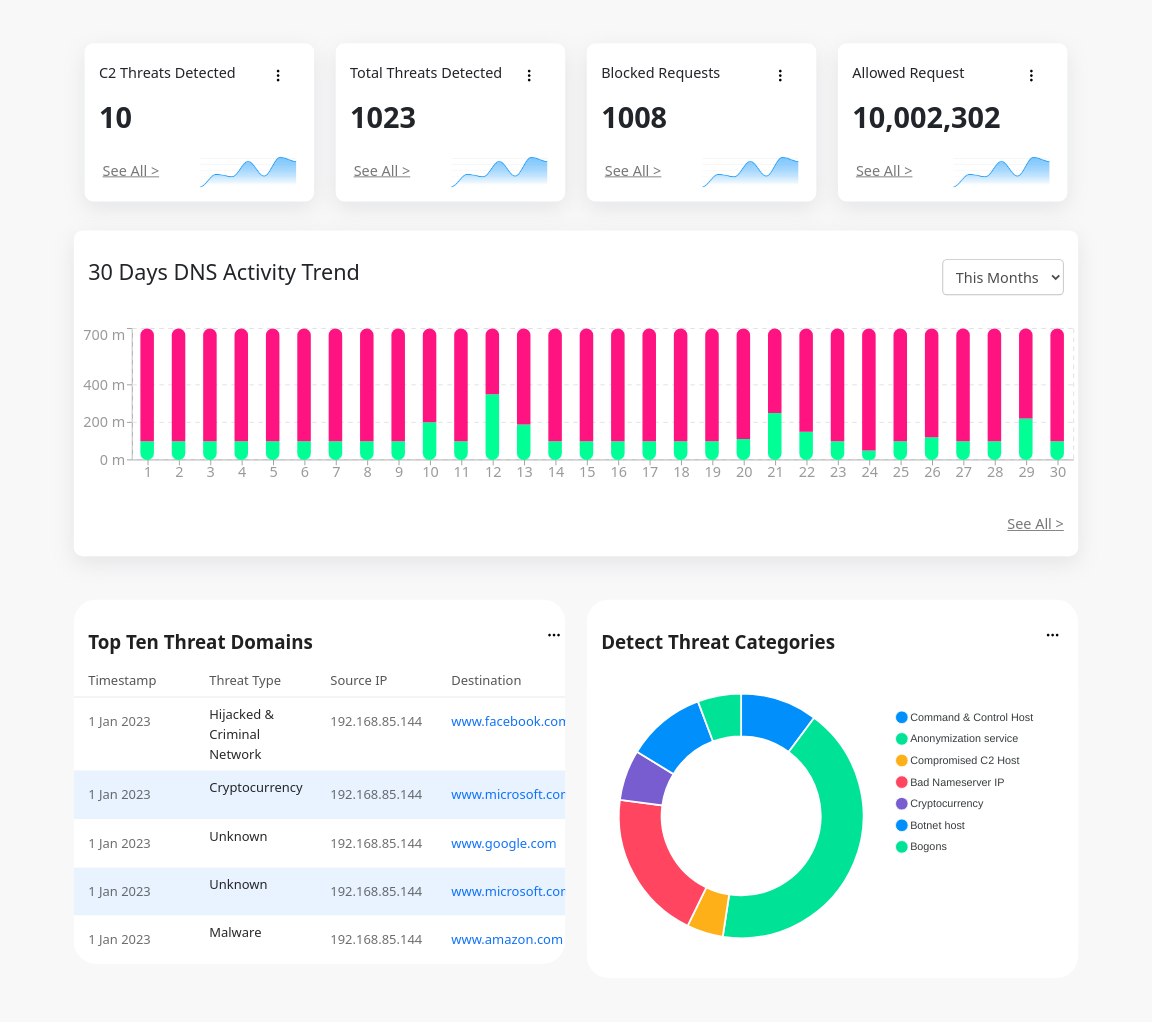
Repository: badhon252/dashboard
Page: /
These files come from the project's save history. The page is drawn as it stood at one moment and after the next save; the edit follows.
The browser window is 1280 px wide. The pictures show the whole page, at 90% of full size.
The project was rebuilt for these pictures with package versions that can differ from the ones it lists, and the page was loaded fresh each time. Also part of the build but not shown: vite.config.js.

Above is the page before, as saved 2023-01-27 05:22:16.

### index.html
<!DOCTYPE html>
<html lang="en">

<head>
    <meta charset="UTF-8" />
    <link rel="icon" type="image/svg+xml" href="/vite.svg" />
    <meta name="viewport" content="width=device-width, initial-scale=1.0" />
    <!-- bootsrap cdn  -->
    <link rel="stylesheet" href="https://cdn.jsdelivr.net/npm/bootstrap@5.2.3/dist/css/bootstrap.min.css">
    <title>DashBoard</title>
</head>

<body>
    <div id="root"></div>

    <script type="module" src="/src/index.jsx"></script>
    <!-- bootsrap cdn  -->
    <script type="module" src="https://cdn.jsdelivr.net/npm/bootstrap@5.2.3/dist/js/bootstrap.bundle.min.js"></script>
</body>

</html>

### src/App.jsx
import "./App.css";
import Activity from "./Components/Activity/Activity";
import Analysis from "./Components/Analysis/Analysis";
import Status from "./Components/Status/Status";

function App() {
  return (
    <div className="container">
      <Status />
      <Activity />
      <Analysis />
    </div>
  );
}

export default App;

### src/App.css
*,
::after,
::before {
    box-sizing: border-box;
}

body {
    background-color: #f8f8f8;
}

.link {
    color: rgba(0, 0, 0, 0.534);
    text-decoration: underline;
    font-size: 1em;
    padding: 0;
}

.link,
img {
    cursor: pointer;
}

### src/Components/Activity/Activity.jsx
import "./Activity.css";
import ActivityGraph from "./ActivityGraph";
import ActivityHeader from "./ActivityHeader";

export default function Activity() {
  const customTooltip = ({ active, payload, label }) => {
    if (active && payload && payload.length) {
      return (
        <div className="custom-tooltip">
          <p className="date-label">26 Jan 2023</p>

          <div className="d-flex">
            <div className="tooltip-allowed ">
              <p className="label">
                <span>00</span> Allowed
              </p>
              <p className="label">
                <span>00</span>
                {`${payload[0].value}`}
              </p>
            </div>

            <div className="tooltip-blocked">
              <p className="label">
                <span>00</span> Blocked
              </p>
              <p className="label">
                <span>00</span>
                {`${payload[1].value}`}
              </p>
            </div>
          </div>
        </div>
      );
    }
  };

  return (
    <div className="activity">
      <ActivityHeader />
      <div className="activity_graph">
        {/* barhcart Code goes here  */}
        <ActivityGraph CustomTooltip={customTooltip} />
        <div className="link py-4 px-3">See All {">"} </div>
      </div>
    </div>
  );
}

### src/Components/Analysis/Analysis.jsx
import "./Analysis.css";
import DomainInfo from "./DomainInfo";
import dotIcon from "../../assets/dot.svg";
import GraphAnalysis from "./Graph/GraphAnalysis";

export default function Analysis() {
  return (
    <div className="row my-5" id="analysis">
      <div className="col-md-6">
        <DomainInfo icon={dotIcon} />
      </div>
      <div className="col-md-6">
        <GraphAnalysis icon={dotIcon} />
      </div>
    </div>
  );
}

### src/Components/Status/Status.jsx
import React from 'react'
import "./Status.css"
import StatusCard from './StatusCard';
import dotIcon from "../../assets/dot.svg"

export default function Status() {
  return (
    <div id="status" className='container'>
      <div className='row' >

        <div className="col-md-3">
            <StatusCard title="C2 Threats Detected" icon={dotIcon} amount="10" link={null}/>
        </div>
        <div className="col-md-3">
            <StatusCard title="Total Threats Detected" icon={dotIcon} amount="1023" link={null}/>
        </div>
        <div className="col-md-3">
            <StatusCard title="Blocked Requests" icon={dotIcon} amount="1008" link={null}/>
        </div>
        <div className="col-md-3">
            <StatusCard title="Allowed Request" icon={dotIcon} amount="10,002,302" link={null}/>
        </div>

      </div>
    </div>
  )
}

### src/Components/Activity/Activity.css
.activity {
    background-color: #ffffff;
    margin: 1rem 0;
    border-radius: 10px;
    box-shadow: rgba(149, 157, 165, 0.2) 0px 8px 24px;
}

.activity_header {
    justify-content: space-between;
    padding: 2rem 1rem;
    border-radius: 5px;
}

.activity_graph .link {
    text-align: right;
}

#months {
    background-color: #fff;
    border: 1px solid rgba(120, 111, 111, 0.434);
    outline: none;
    border-radius: 5px;
    padding: 7px 10px;
    font-size: 1rem;
    color: #000000b3;
    cursor: pointer;
}

.custom-tooltip {
    background-color: #fff;
    padding: 0.7rem;
    border: none;
    border-radius: 15px;
    box-shadow: 0 0 5px 0 rgba(0, 0, 0, 0.2);
}

.activity .date-label {
    font-size: 1rem;
    font-weight: 600;
    color: #000000b3;
    border-bottom: 1px solid #e4e4e4;
}

.activity .label {
    font-size: 0.9rem;
    font-weight: 400;
    color: #000000b3;
    padding: 2px 5px;
}

.tooltip-allowed {
    padding-right: 1rem;
    border-right: 1px solid #e4e4e4;
}

.tooltip-allowed .label:last-child {
    color: rgb(0, 164, 60);
    border-radius: 15px;
    background-color: rgba(113, 251, 0, 0.228);
}

.tooltip-allowed .label span {
    width: 5px;
    height: 5px;
    border-radius: 50%;
    background-color: rgb(0, 251, 109);
    color: rgb(0, 251, 92);
    margin-right: 5px;
    font-size: 5px;
}

.tooltip-blocked {
    padding-left: 1rem;
}

.tooltip-blocked .label span {
    width: 5px;
    height: 5px;
    border-radius: 50%;
    background-color: rgb(251, 0, 71);
    color: rgb(251, 0, 71);
    font-size: 5px;
    margin-right: 5px;
}

.tooltip-blocked .label:last-child {
    color: #000000b3;
    border-radius: 115px;
    color: rgb(251, 0, 71);
    background-color: rgba(251, 0, 71, 0.133);
}

### src/Components/Activity/ActivityGraph.jsx
import {
  ResponsiveContainer,
  XAxis,
  YAxis,
  BarChart,
  Bar,
  Tooltip,
  CartesianGrid,
} from "recharts";
import Data from "../data";
import "./Activity.css";

const ActivityGraph = ({ CustomTooltip }) => {
  return (
    //? Creating Bars
    <ResponsiveContainer width="100%" aspect="6">
      <BarChart data={Data()} outerRadius={10}>
        <XAxis dataKey="id" stroke="#9a9a9a" interval={"preserveStartEnd"} />
        <YAxis
          dataKey="height"
          stroke="#9a9a9a"
          interval={"preserveStartEnd"}
          domain={[0, 250, 500, 750]}
          tickFormatter={(value) => `${value} m`}
        />
        <CartesianGrid stroke="#e0dfdf" strokeDasharray="5 5" />

        <Bar
          barSize={15}
          dataKey="allowed"
          strokeWidth={1}
          stackId="a"
          fill="rgb(0, 255, 149)"
          radius={[0, 0, 15, 15]}
          background={{ fill: "#5590ff13" }}
        />

        <Bar
          barSize={15}
          dataKey="blocked"
          strokeWidth={1}
          stackId="a"
          fill="rgb(255, 19, 129)"
          radius={[10, 10, 0, 0]}
        ></Bar>

        <Tooltip content={<CustomTooltip />} cursor={{ fill: "blue" }} />
      </BarChart>
    </ResponsiveContainer>
  );
};

export default ActivityGraph;

### src/Components/Activity/ActivityHeader.jsx
const ActivityHeader = () => {
  return (
    <div className="activity_header d-flex">
      <h4>30 Days DNS Activity Trend</h4>
      <div className="activity_header_right">
        <form action="">
          <select id="months" name="months">
            <option value="January">This Months</option>
            <option value="Februery">Februery</option>
            <option value="March">March</option>
            <option value="April">April</option>
            <option value="May">May</option>
            <option value="June">June</option>
            <option value="July">July</option>
            <option value="August">August</option>
            <option value="September">September</option>
            <option value="October">October</option>
            <option value="November">November</option>
            <option value="December">December</option>
          </select>
        </form>
      </div>
    </div>
  );
};

export default ActivityHeader;

### src/Components/Analysis/Analysis.css
#analysis {
    overflow: hidden;
}

.footer {
    text-align: center;
}

#analysis .row .col-md-6 {
    padding: 0;
    margin: 1rem;
}

.title {
    font-size: 1.3rem;
    font-weight: 600;
    color: rgba(0, 0, 0, 0.874);
}

#analysis .domainInfo,
.analysisGraph {
    color: rgba(0, 0, 0, 0.568);
    font-size: 0.9rem;
    background-color: #ffffff;
    border-radius: 25px;
}

.domainHeader {
    border-bottom: 1px solid rgba(128, 128, 128, 0.185);
    padding: 0 1rem;
    color: rgba(0, 0, 0, 0.67);
}

.threatDomain:nth-child(odd) {
    background-color: #e8f3ff;
}

.threatDomain {
    padding: 0 1rem;
}

.threatType {
    font-size: 0.9rem;
    color: rgba(0, 0, 0, 0.843);
}

.destination {
    color: #1072f8;
}


/* Graph  */

.apexcharts-legend-series:hover {
    background-color: rgba(0, 0, 0, 0.087);
    border-radius: 5px;
    box-sizing: border-box;
}

.domainInfo {
    background-color: #fff;
    border-radius: 15px;
    box-sizing: border-box;
    overflow: hidden;
}

.img {
    box-sizing: border-box;
    transform: rotate(90deg);
}


/* Graph  */

.graph {
    background-color: #fff;
    border-radius: 25px;
    box-sizing: border-box;
    padding: 1rem;
    overflow: hidden;
    height: 100%;
}

### src/Components/Analysis/DomainInfo.jsx
import DomainThreat from "./DomainThreat";
import "./Analysis.css";

const DomainInfo = ({ icon }) => {
  return (
    <div className="domainInfo">
      <div className="title my-3"></div>
      <div className="analysis-heading d-flex justify-content-between mx-3">
        <div className="title py-3">Top Ten Threat Domains</div>
        <div className="img">
          <img className="img-fluid w-50" src={icon} alt=":" />
        </div>
      </div>
      {/*Threat Domains Header*/}
      <div className="row domainHeader pb-2">
        <div className="col-md-3">
          <div className="timestamp">Timestamp</div>
        </div>
        <div className="col-md-3">
          <div className="">Threat Type</div>
        </div>
        <div className="col-md-3">
          <div className="sourseIp">Source IP</div>
        </div>
        <div className="col-md-3">
          <div className="">Destination</div>
        </div>
      </div>
      {/*Threat Domains*/}
      <DomainThreat
        timestamp="1 Jan 2023"
        sourseIp="192.168.85.144"
        threatType="Hijacked & Criminal Network"
        destination="www.facebook.com"
      />
      <DomainThreat
        timestamp="1 Jan 2023"
        threatType="Cryptocurrency"
        sourseIp="192.168.85.144"
        destination="www.microsoft.com"
      />
      <DomainThreat
        timestamp="1 Jan 2023"
        sourseIp="192.168.85.144"
        destination="www.google.com"
      />
      <DomainThreat
        timestamp="1 Jan 2023"
        sourseIp="192.168.85.144"
        destination="www.microsoft.com"
      />
      <DomainThreat
        timestamp="1 Jan 2023"
        threatType="Malware"
        sourseIp="192.168.85.144"
        destination="www.amazon.com"
      />
    </div>
  );
};

export default DomainInfo;

### src/Components/Analysis/Graph/GraphAnalysis.jsx
import Graph from "./Graph";
import "../Analysis.css";

const data = [
  { name: "Command & Control Host", value: 10.8 },
  { name: "Anonymization service", value: 44.8 },
  { name: "Compromised C2 Host", value: 5.1 },
  { name: "Bad Nameserver IP", value: 21.1 },
  { name: "Cryptocurrency", value: 7.1 },
  { name: "Botnet host", value: 11.1 },
  { name: "Bogons", value: 6.1 },
];

const AnalysisGraph = ({ icon }) => {
  return (
    <div className="analysisGraph py-3">
      <div className="analysis-heading d-flex justify-content-between p-3">
        <div className="title ">Detect Threat Categories</div>
        <div className="img">
          <img className="img-fluid w-50" src={icon} alt=":" />
        </div>
      </div>
      <div className="threatGraph">
        <Graph data={data} />
      </div>
    </div>
  );
};

export default AnalysisGraph;

### src/Components/Status/Status.css
/* Card css  */

.myCard {
    transition: all 0.3s ease-in-out;
    box-shadow: rgba(149, 157, 165, 0.2) 0px 8px 24px;
    border-radius: 10px;
    background-color: #fff;
}

.myCard_title {
    font-size: 1rem;
    font-weight: 500;
    margin: 0.5rem 0;
}

.myCard_value {
    font-size: 2em;
    font-weight: 600;
}

.myCard_data {
    display: flex;
    justify-content: space-between;
    align-items: center;
    padding: 0 1rem;
}

.myCard .col-md-3,
.myCard .col-sm-6 {
    padding: 0;
}

### src/Components/Status/StatusCard.jsx
import "./Status.css";
import areaChart from "../../assets/areaChat.png";

export default function StatusCard({ title, icon, amount, link }) {
  return (
    <div className="myCard mt-5 mb-3 p-3">
      <div className="myCard_Head d-flex justify-content-between">
        <h3 className="myCard_title">{title}</h3>
        <h3 className="myCard_icon">
          <img className="img-fluid w-50" src={icon} alt=":" />
        </h3>
      </div>

      <div className="myCard_value">{amount}</div>

      <div className="myCard_data row pt-3">
        <div className="link col-sm-6">
          <a href={link}>See All {">"} </a>
        </div>
        <div className="myCard_Graph col-sm-6">
          <img className="img-fluid" src={areaChart} alt="" />
        </div>
      </div>
    </div>
  );
}

### src/Components/data.js
export default function Data() {
  return [
    { id: 1, date: "1 Jan 2023", height: 700, allowed: 100, blocked: 20000 },
    { id: 2, date: "2 Jan 2023", height: 700, allowed: 100, blocked: 20000 },
    { id: 3, date: "3 Jan 2023", height: 700, allowed: 100, blocked: 20000 },
    { id: 4, date: "4 Jan 2023", height: 450, allowed: 100, blocked: 20000 },
    { id: 5, date: "5 Jan 2023", height: 700, allowed: 100, blocked: 20000 },
    { id: 6, date: "6 Jan 2023", height: 500, allowed: 100, blocked: 20000 },
    { id: 7, date: "7 Jan 2023", height: 700, allowed: 100, blocked: 20000 },
    { id: 8, date: "8 Jan 2023", height: 700, allowed: 100, blocked: 20000 },
    { id: 9, date: "9 Jan 2023", height: 700, allowed: 100, blocked: 20000 },
    { id: 10, date: "10 Jan 2023", height: 500, allowed: 200, blocked: 20000 },
    { id: 11, date: "11 Jan 2023", height: 550, allowed: 100, blocked: 20000 },
    {
      id: 12,
      date: "12 Jan 2023",
      height: 700,
      value: 15000,
      allowed: 350,
      blocked: 20000,
    },
    {
      id: 13,
      date: "13 Jan 2023",
      height: 700,
      value: 15000,
      allowed: 188,
      blocked: 200200,
    },
    {
      id: 14,
      date: "14 Jan 2023",
      height: 700,
      value: 15000,
      allowed: 100,
      blocked: 20000,
    },
    {
      id: 15,
      date: "15 Jan 2023",
      height: 700,
      value: 15000,
      allowed: 100,
      blocked: 20000,
    },
    {
      id: 16,
      date: "16 Jan 2023",
      height: 700,
      value: 15000,
      allowed: 100,
      blocked: 20000,
    },
    {
      id: 17,
      date: "17 Jan 2023",
      height: 700,
      value: 15000,
      allowed: 100,
      blocked: 20000,
    },
    { id: 18, date: "18 Jan 2023", height: 700, allowed: 100, blocked: 20000 },
    { id: 19, date: "19 Jan 2023", height: 600, allowed: 100, blocked: 20000 },
    {
      id: 20,
      date: "20 Jan 2023",
      height: 700,

      allowed: 112,
      blocked: 20024000,
    },
    {
      id: 21,
      date: "21 Jan 2023",
      height: 600,
      value: 15000,
      allowed: 250,
      blocked: 20000,
    },
    {
      id: 22,
      date: "22 Jan 2023",
      height: 650,
      value: 15000,
      allowed: 150,
      blocked: 20000,
    },
    {
      id: 23,
      date: "23 Jan 2023",
      height: 700,
      value: 15000,
      allowed: 100,
      blocked: 20000,
    },
    {
      id: 24,
      date: "24 Jan 2023",
      height: 700,
      value: 15000,
      allowed: 50,
      blocked: 5000,
    },
    {
      id: 25,
      date: "25 Jan 2023",
      height: 700,
      value: 15000,
      allowed: 100,
      blocked: 20000,
    },
    {
      id: 26,
      date: "26 Jan 2023",
      height: 700,
      value: 15000,
      allowed: 120,
      blocked: 20000,
    },
    {
      id: 27,
      date: "27 Jan 2023",
      height: 700,
      value: 1500,
      allowed: 100,
      blocked: 20000,
    },
    {
      id: 28,
      date: "28 Jan 2023",
      height: 700,
      value: 1500,
      allowed: 100,
      blocked: 2000,
    },
    {
      id: 29,
      date: "29 Jan 2023",
      height: 600,
      value: 1500,
      allowed: 220,
      blocked: 20000,
    },
    {
      id: 30,
      date: "30 Jan 2023",
      height: 700,
      value: 150,
      allowed: 100,
      blocked: 10200,
    },
  ];
}

### src/Components/Analysis/DomainThreat.jsx
import "./Analysis.css";
const DomainThreat = ({ timestamp, threatType, sourseIp, destination }) => {
  return (
    <div className="row threatDomain">
      <div className="col-md-3 my-3">
        <div className="timestamp">{timestamp || "Unknown"}</div>
      </div>
      <div className="col-md-3 my-2">
        <div className="threatType">{threatType || "Unknown"}</div>
      </div>
      <div className="col-md-3 my-3">
        <div className="sourseIp">{sourseIp || "Unknown"}</div>
      </div>
      <div className="col-md-3 my-3">
        <div className="destination">{destination || "Unknown"}</div>
      </div>
    </div>
  );
};

export default DomainThreat;

### src/Components/Analysis/Graph/Graph.jsx
import Chart from "react-apexcharts";
import "../Analysis.css";

const data = [
  { name: "Command & Control Host", value: 10.8, color: "#003f94" },
  { name: "Anonymization service", value: 44.8, color: "#0054c5" },
  { name: "Compromised C2 Host", value: 5.1, color: "#000" },
  { name: "Bad Nameserver IP", value: 21.1, color: "#3287f8" },
  { name: "Cryptocurrency", value: 7.1, color: "#66a5fa" },
  { name: "Botnet host", value: 11.1, color: "#99c3fb" },
  { name: "Bogons", value: 6.1, color: "#99c3fb" },
];

function Graph({ icon }) {
  const name = data.map((e) => e.name);
  const value = data.map((e) => e.value);
  const myColor = data.map((e) => e.color);

  return (
    <div className="graph">
      <Chart
        type="donut"
        width={500}
        series={value}
        options={{
          labels: name,
          color: myColor,
          legend: {
            onItemHover: {
              highlightDataSeries: true,
            },
            markers: {
              onClick: (chart, seriesIndex, opts) => {
                console.log(`Series - ${seriesIndex} , Opts- ${opts} `);
              },
            },
          },

          plotOptions: {
            pie: {
              expandOnClick: true,

              donut: {
                size: "65",
                labels: {
                  show: true,
                  total: {
                    show: false,
                    showAlways: false,
                    formatter: () => "343",
                    fontSize: "1px",
                  },
                },
              },
            },
          },

          dataLabels: {
            enabled: false,
          },
        }}
      />
    </div>
  );
}
export default Graph;

Loaded but not shown: src/index.jsx (common file)

After the next save:
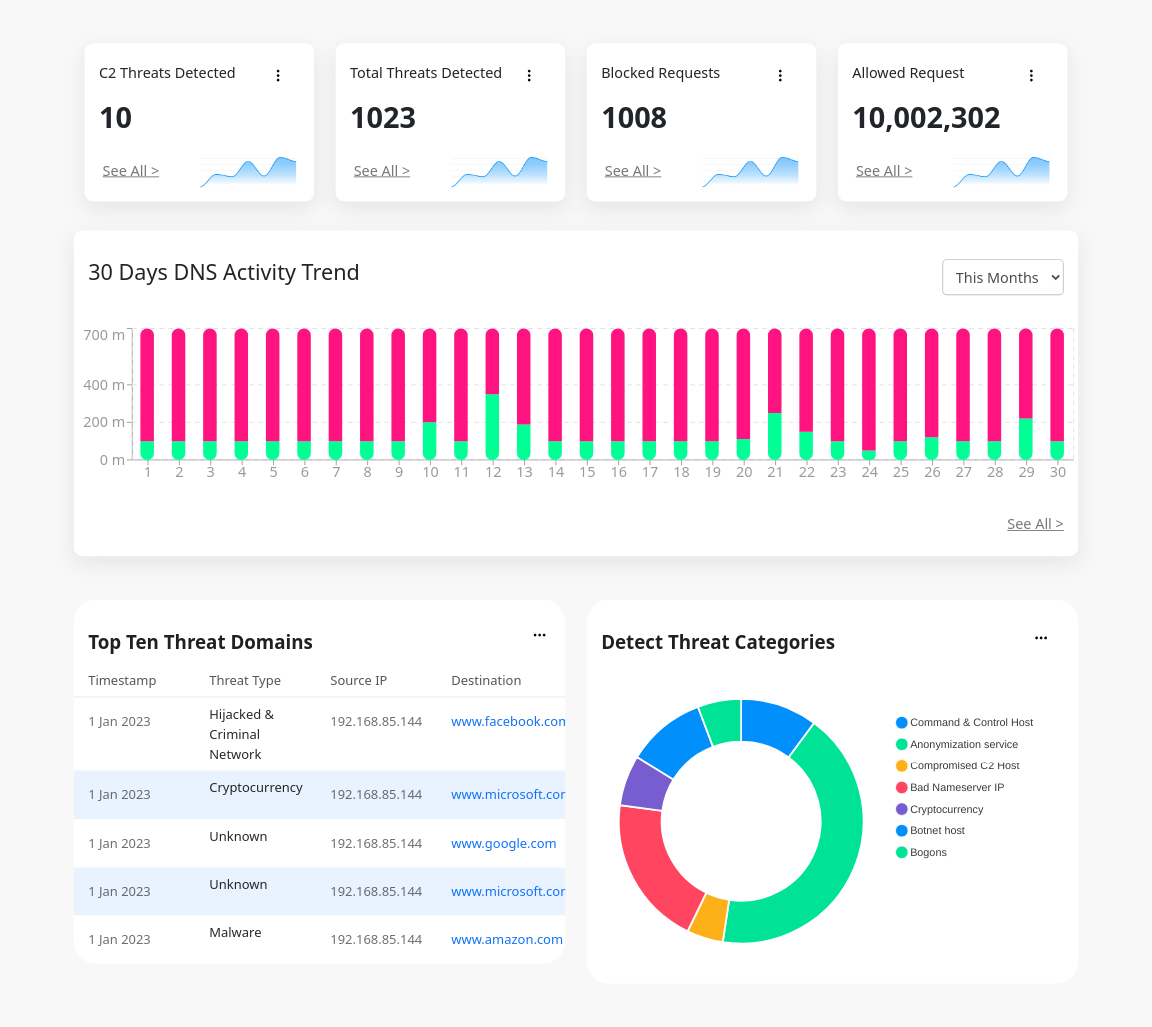
Saved 18 s later.
--- a/src/Components/Analysis/Analysis.css
+++ b/src/Components/Analysis/Analysis.css
@@ -67,6 +67,7 @@
 .img {
     box-sizing: border-box;
     transform: rotate(90deg);
+    margin: 0.5rem;
 }
 
 
